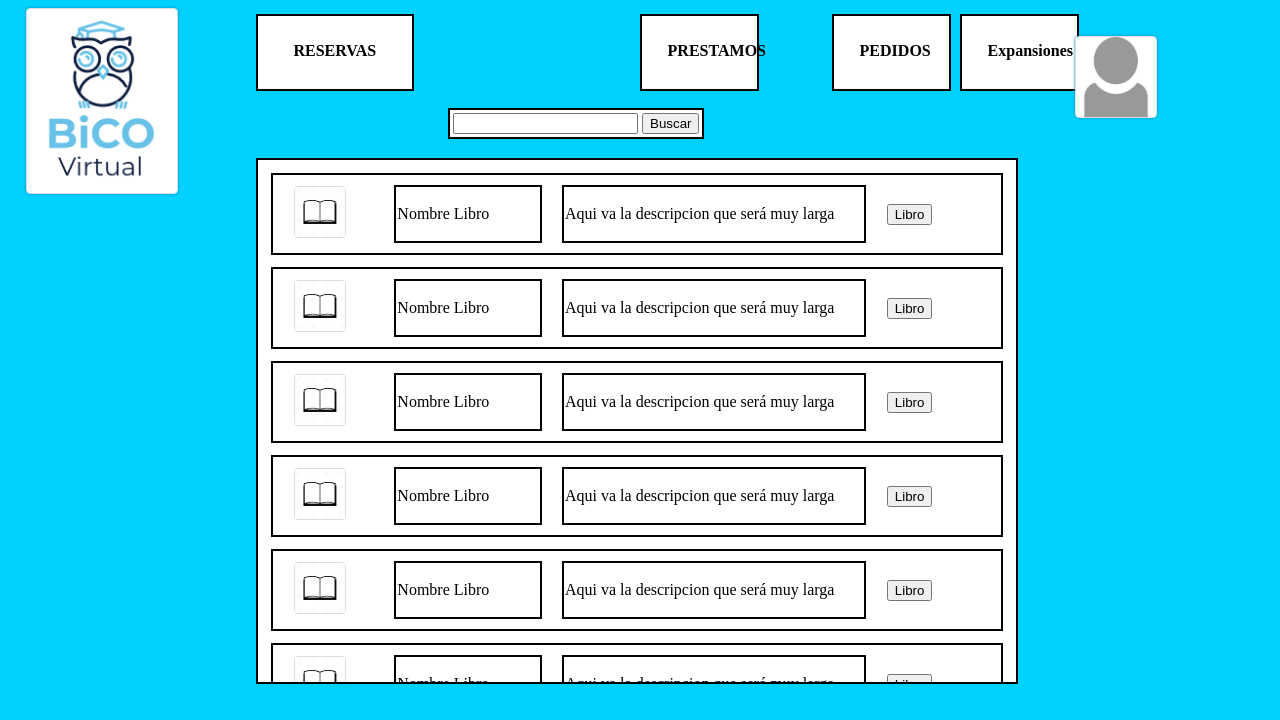
Repository: i72frpeu/IW_Bien
Page: http://localhost/Trabajo_IW/Home (Admin).jsp
These files come from the project's save history. The page is drawn as it stood at one moment and after the next save; the edit follows.
The browser window is 1280 px wide. The pictures show the whole page.
An inner scrolling area shows only its first screen. The page is served by Tomcat 9. Other server files are loaded and not shown.

Above is the page before, as saved 2020-05-19 13:10:38.

### WorkSpace/Trabajo IW/WebContent/Home (Admin).jsp
<%@ page language="java" contentType="text/html; charset=ISO-8859-1" pageEncoding="ISO-8859-1"%>
<%@ include file="Includes/headeradminhome.jsp" %>

<!DOCTYPE html>

<html>

<head>
	<meta charset="ISO-8859-1">
	<title>Home (Libros)</title>
	<link rel="stylesheet" type="text/css" href="CSS/headeradmin.css">
	<link rel="stylesheet" type="text/css" href="CSS/wf4.0.css">
</head>

<body>
  <!--Roll de artículos-->

  <div class="buscador">
  	<form>
  		<table>
  		<tr>
  		<td><input type="text" name="buscar" required></td>
  		<td><input type="submit" value="Buscar"></td>
  		</tr>
  		</table>
  	</form>
  </div>

  <div class="div_home">
    <table class="dos">
    <% for (int i = 0; i < 8; i++){ %>
        <tr>
          <td>
              <table class="uno">
                  <tr>
                    <td class="td_user_img"><a href=""><img src="img/libro.png" alt="IMG_USER" class="img_user_2"></a></td>
                    <td class="tdlibro"> Nombre Libro </td>
                    <td class="td_user_des">Aqui va la descripcion que será muy larga</td>
                    <td> <a href="Vistas/Libro.jsp"><button name="foro" class="boton_user">Libro</button></a><td>
                  </tr>
                </table>
          </td>
        </tr>
        <%} %>
    </table>
  </div>

  <div class="nuevo_boton">

  </div>

</body>

</html>

### WorkSpace/Trabajo IW/WebContent/Includes/headeradminhome.jsp
<!DOCTYPE html>
<html>

<head>
	<meta charset="ISO-8859-1">
</head>

<body>
  <header class="main-header">
    <!--Definimos el logo-->
    <img src="img/logo.PNG" alt="LOGO" class="logo_home">
    <!--Enlace a HOME-->
	<a href="Home (Libros).jsp" class="link_home"><strong>HOME</strong></a>
    <!--Enlace a Reservas-->
    <a href="Vistas/Home Reservas.jsp" class="link_amigos"><strong>RESERVAS</strong></a>
    <!--Enlace a Prestamos-->
    <a href="Vistas/Home Prestamos.jsp" class="link_buscador"><strong>PRESTAMOS</strong></a>
    <!-- Enlace pedidos -->
    <a href="Vistas/Home Pedidos.jsp" class="link_foro"><strong>PEDIDOS</strong></a>
    <!--Definimos imagen usuario-->
    <a href="Vistas/Home Pedidos.jsp" class="link_Expansiones"><strong>Expansiones</strong></a>
    <div>
      <img src="img/profile-42914_960_720.png" alt="IMG_USER" class="img_user">
      <div class="options_user">
        <form>
        </form>
      </div>
    </div>
  </header>
 </body>
 </html>

### WorkSpace/Trabajo IW/WebContent/CSS/headeradmin.css
body
{
	background-color: rgb(0,210,255);
}


/*153x100 pixeles*/
.logo_home
{
	position: fixed;
	left: 2%;
	width: 150px;
	margin-right: 5%;
	border: 1px solid #ddd;
  	border-radius: 4px;
  	box-shadow: 0 0 2px 1px rgba(0, 140, 186, 0.5);
}

.img_user
{
	position: fixed;
	left: 82%;
	top: 5%;
	width: 80px;
	height: 80px;
	margin-left: 2%;
	border: 1px solid #ddd;
  	border-radius: 4px;
  	box-shadow: 0 0 2px 1px rgba(0, 140, 186, 0.5);
}
.options_user
{
	position: fixed;
	top: 18%;
	left: 84%;
}


.link_home
{
	background-color: white;
	border: 2px solid black;
	color: black;
	text-decoration: none;
	padding: 2%;
	left: 20%;
	top:2%;
	width: 5%;
	height: 3%;
	text-align: center;
	position: fixed;
}

.link_amigos
{
	background-color: white;
	border: 2px solid black;
	color: black;
	text-decoration: none;
	padding: 2%;
	left: 20%;
	top:2%;
	width: 8%;
	height: 3%;
	text-align: center;
	position: fixed;
}

.link_buscador
{
	background-color: white;
	border: 2px solid black;
	color: black;
	text-decoration: none;
	padding: 2%;
	left: 50%;
	top:2%;
	width: 5%;
	height: 3%;
	text-align: center;
	position: fixed;
}

.link_foro
{
	background-color: white;
	border: 2px solid black;
	color: black;
	text-decoration: none;
	padding: 2%;
	left: 65%;
	top:2%;
	width: 5%;
	height: 3%;
	text-align: center;
	position: fixed;
}

.link_Expansiones
{
	background-color: white;
	border: 2px solid black;
	color: black;
	text-decoration: none;
	padding: 2%;
	left: 75%;
	top:2%;
	width: 5%;
	height: 3%;
	text-align: center;
	position: fixed;
}

div.div_lista_amigos
{
	background-color: white;
	border: 2px solid black;
	position: fixed;
	left: 2%;
	top: 40%;
	width: 10%;
	height: 45%;
	padding: 2%;
	overflow: auto;
}

.boton_cir
{
	border-radius: 200px 200px 200px 200px;
	-moz-border-radius: 200px 200px 200px 200px;
	-webkit-border-radius: 200px 200px 200px 200px;
	left: 85%;
	top: 75%;
	width: 100px;
	height: 100px;
	font-size: 80px;
	position: fixed;
	border: 0;
	color: white;
	background-color: rgb(0, 46, 255);
	box-shadow: 0 4px 8px 0 rgba(0, 0, 0, 0.2), 0 6px 20px 0 rgba(0, 0, 0, 0.19);
 }

a.sobre
{
	position: fixed;
	left: 30%;
	top: 96%;
}

a.tecnico
{
	position: fixed;
	left: 60%;
	top: 96%;
}

.div_home
{
	background-color: white;
	border: 2px solid black;
	position: fixed;
	left: 20%;
	right: 20.5%;
	top:22%;
	bottom: 5%;
	color: black;
	overflow: auto;
}

.img_user_2
{
	top: 5px;
	left: 5px;
	height: 50px;
	width: 50px;
	border: 1px solid #ddd;
  	border-radius: 4px;
}
table.uno
{
	border: 2px solid black;
	border-spacing: 20px 10px;

	width: 100%;

}

table.dos
{
	border: 2px solid white;
	border-spacing: 10px;
	width: 100%;

}
.td_user_des
{
	border: 2px solid black;
	width: 50%;
}

.buscador
{
	position: relative;
	top: 2%;
	left: 15%;

}
.q_buscador
{
	width: 60%;
}

### WorkSpace/Trabajo IW/WebContent/CSS/wf4.0.css
.link_home
{
	background-color: rgb(170, 167, 167);
}

div.buscador
{
	background-color: white;
	border: 2px solid black;
	position: fixed;
	top: 15%;
	left: 35%;
}

table.tablalibro
{
	width: 100%;
	border: 2px;
	border-spacing: 20px 10px;
	height: 100%;
}

.tdlibro
{
	border: 2px solid black;
}

After the next save:
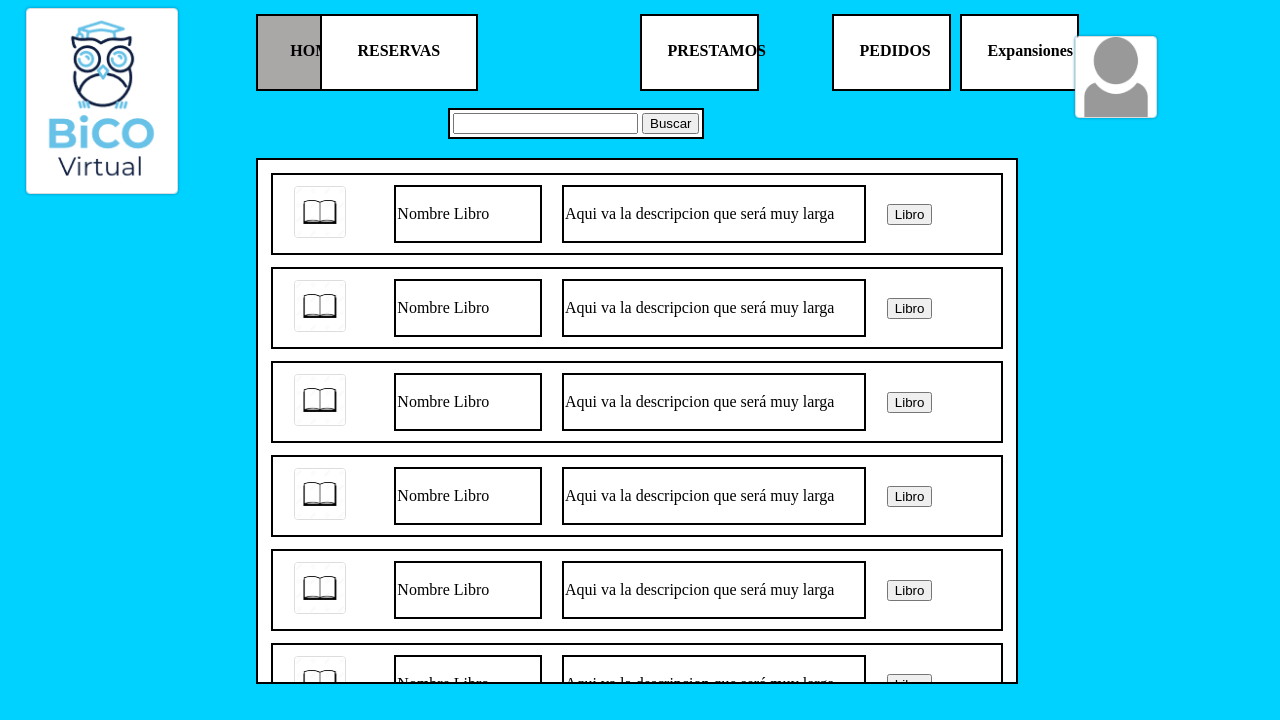
Saved 16 s later.
--- a/WorkSpace/Trabajo IW/WebContent/CSS/headeradmin.css
+++ b/WorkSpace/Trabajo IW/WebContent/CSS/headeradmin.css
@@ -58,7 +58,7 @@ body
 	color: black;
 	text-decoration: none;
 	padding: 2%;
-	left: 20%;
+	left: 25%;
 	top:2%;
 	width: 8%;
 	height: 3%;
